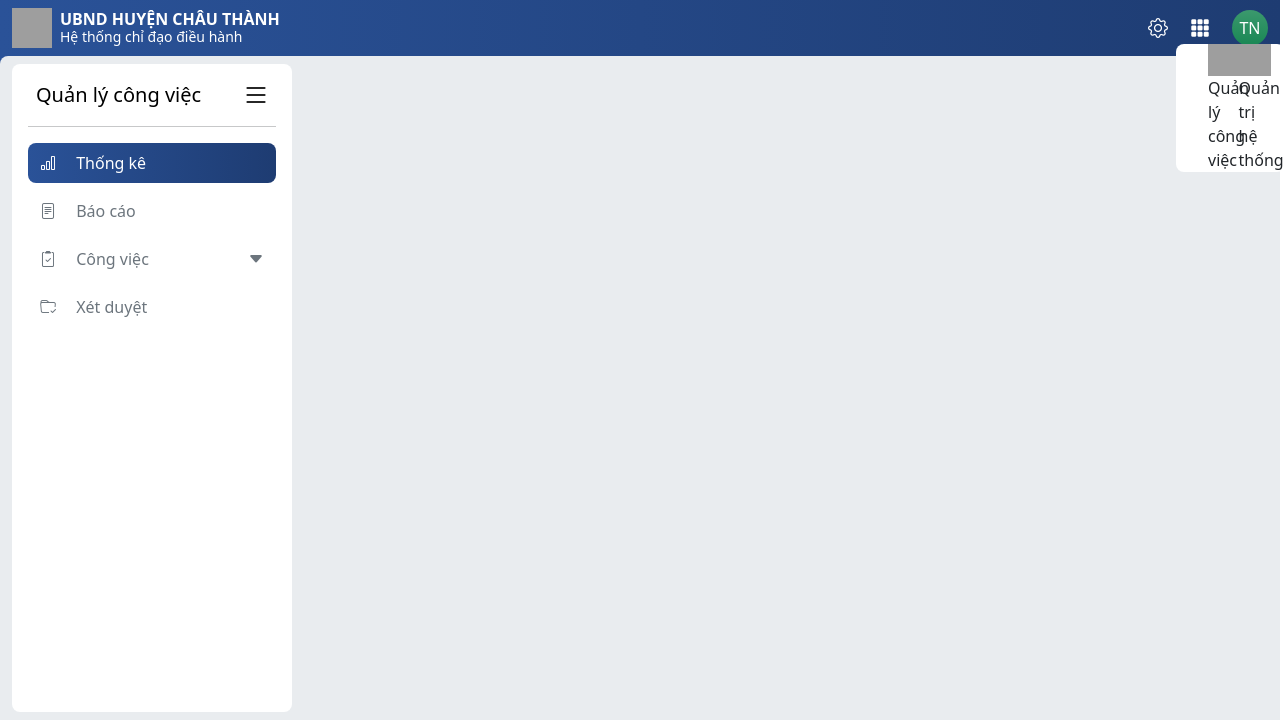
Repository: mys-pro/DATT-HeThongChiDaoDieuHanh
Page: index.html
An editor plug-in stored every save of this project. The page is shown before and after the next save, followed by the edit.
The browser window is 1280 px wide. The page is 1285 px wide, then 1280 px, so the pictures cover 1285 px, including what lies to the right of the window. The pictures show the whole page.
Pictures or frames that could not be fetched are drawn as grey boxes.

Above is the page before, as saved 2024-04-21 15:00:52.

After the next save:
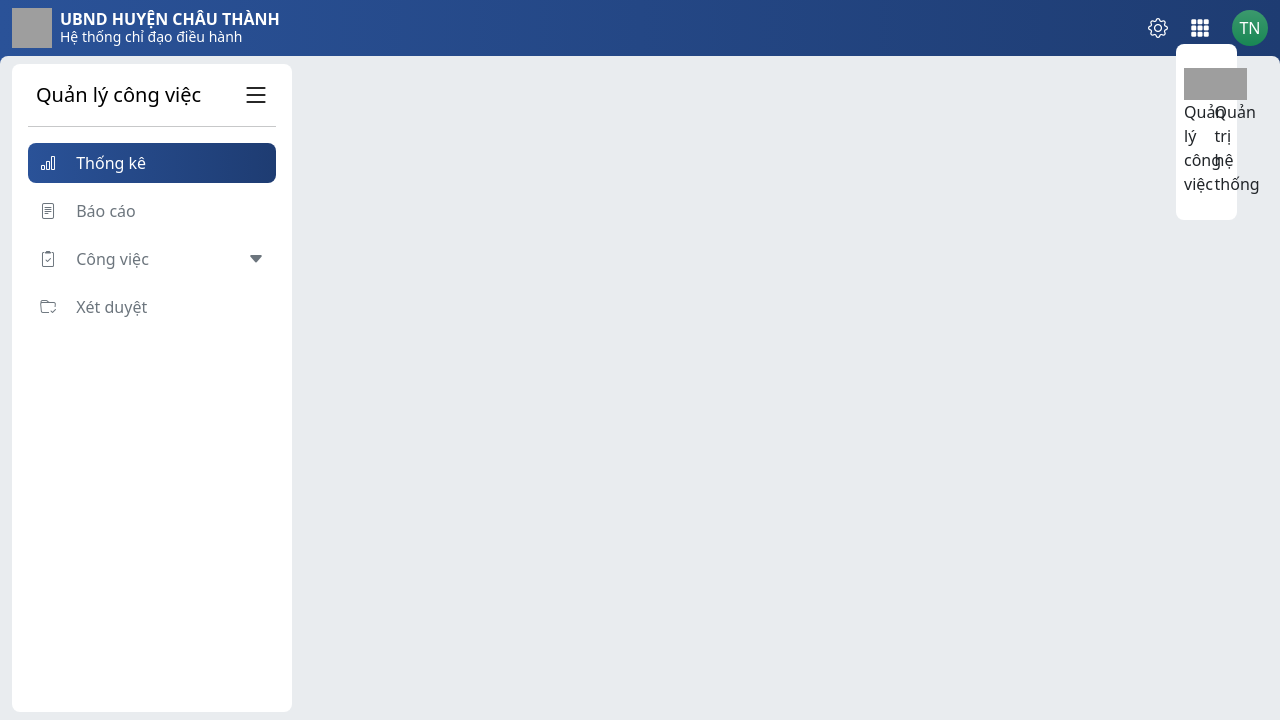
Saved 5 s later.
--- a/index.html
+++ b/index.html
@@ -38,7 +38,7 @@
                             id="dropdown-apps">
                                 <i class="bi bi-grid-3x3-gap-fill fs-5"></i>
                             </button>
-                            <div class="row row-cols-2 gx-3 bg-white rounded-3 position-absolute px-4" id="list-apps">
+                            <div class="row row-cols-2 gx-3 bg-white rounded-3 position-absolute py-4" id="list-apps">
                                 <div class="col">
                                     <img src="./Assets/Image/task-icon.png" alt="" width="32px" height="32px">
                                     Quản lý công việc
